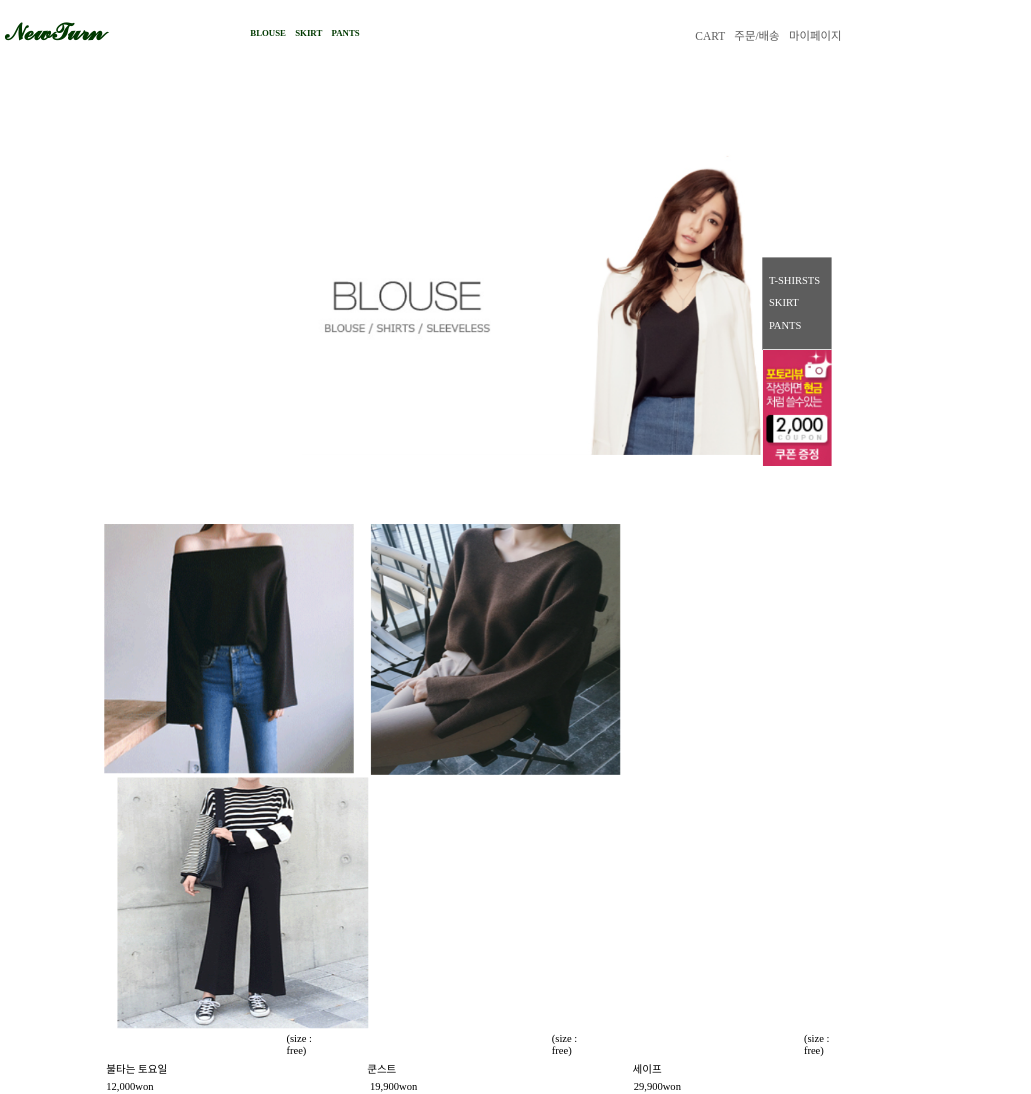
Repository: won0108/Port-Folio
Page: Creating_Homepage/Shopping/WebContent/top.html
These files come from the project's save history. The page is drawn as it stood at one moment and after the next save; the edit follows.
The browser window is 1280 px wide. The page is 1280 px wide, then 1562 px, so the pictures cover 1562 px, including what lies to the right of the window. The pictures show the whole page, at 66% of full size.

Above is the page before, as saved 2020-12-03 07:44:13.

### Creating_Homepage/Shopping/WebContent/top.html
<!DOCTYPE html>
<html>
<head>  <!--웹페이지에 대한 정보를 제공한다.-->
 <title> New Turn </title>  <!--탭에 New Turn을 나타낸다.-->
<style>

 	@font-face{
 	font-family:"My Font";
 	src: url("fontstyle/ENCOSCPT.TTF");
	}
 	h1{
   	color:#003900;
   	position:fixed;
   	top: 0px;
   	left:10px;
   	font-family:"My Font", serif;
   	font-size: 30pt;
   	}
	#infor{
	position:fixed;
	top:40px; right:0px;
	}
	#infor a{
	text-decoration:none;
	color:#5D5D5D;
	font-size:13pt;
	display: inline;
	padding :5px;
	}
	#infor a:hover{
	tex-decoration:underline;
	color: black;
	text-weight:bold;
	}
	#categ{
	position:fixed;
	top:25px; right:730px;
	}
	#categ ul li{
	display: inline;
	}
	#categ ul li a{
	text-decoration:none;
	color:#003900;
	font-size:10pt;
	font-weight:bold;
	text-transform:uppercase;
	padding :5px;
	}
	#categ ul li a:hover{
	tex-decoration:underline; color: black;
	}
	#main{
   	position:relative;
   	top: 300px; margin-left:150px;
   }
</style>
</head>
<body>
	<h1> NewTurn </h1>
	<div id="infor">
		<a href="">CART</a>
		<a href="">주문/배송</a>
		<a href="마이페이지.html">마이페이지</a>
	</div>
	<div id="categ">
		<ul>
			<li><a href="top.html">BLOUSE</a></li>
			<li><a href="skirt.html">SKIRT</a></li>
			<li><a href="pants.html">PANTS</a></li>
		</ul>
	</div>
	<img style="position:relative; top: 200px; left:450px;" src="images/티파니.PNG"><br>
	<div id="main">
			<img src="images/티셔츠1.PNG" width="380" height="380">
			<img src="images/티셔츠2.PNG" width="380" height="380" style="padding-left:20px;">
			<img src="images/티셔츠3.PNG" width="380" height="380" style="padding-left:20px;">
			<table>
				<tr>
					<td><div style="background-color:black;"></div></td>
					<td style="padding-left:270px;">(size : free)</td>
					<td><div style="background-color:#002266; margin-left:90px;"></div></td>
					<td><div style="background-color:#980000;"></div></td>
					<td style="padding-left:250px;">(size : free)</td>
					<td><div style="background-color:#998A00;margin-left:70px;"></div></td>
					<td><div style="background-color:#5F00FF;"></div></td>
					<td style="padding-left:250px;">(size : free)</td>
			    </tr>
			</table>
			<table>
			<tr>
				<td>불타는 토요일</td>
				<td style="padding-left: 300px;">쿤스트</td>
				<td style="padding-left: 355px;">세이프</td>
			</tr>
		</table>
		<table>
			<tr>
		    	<td>12,000won</td>
		    	<td style="padding-left: 325px;">19,900won</td>
		    	<td style="padding-left: 325px;">29,900won</td>
		    </tr>
		</table>
		</div>

<div style="background-color:#5D5D5D;
width:85px; height:120px; right:20px; bottom:190px;
color:white; display:block; position:fixed; padding:10px;">
<p>T-SHIRSTS</p>
<p>SKIRT</p>
<p>PANTS</p>
</div>
<div style=" display:block; position:fixed; right:20px; bottom:10px;">
<img src="쿠폰.png"></div>

</body>
</html>

After the next save:
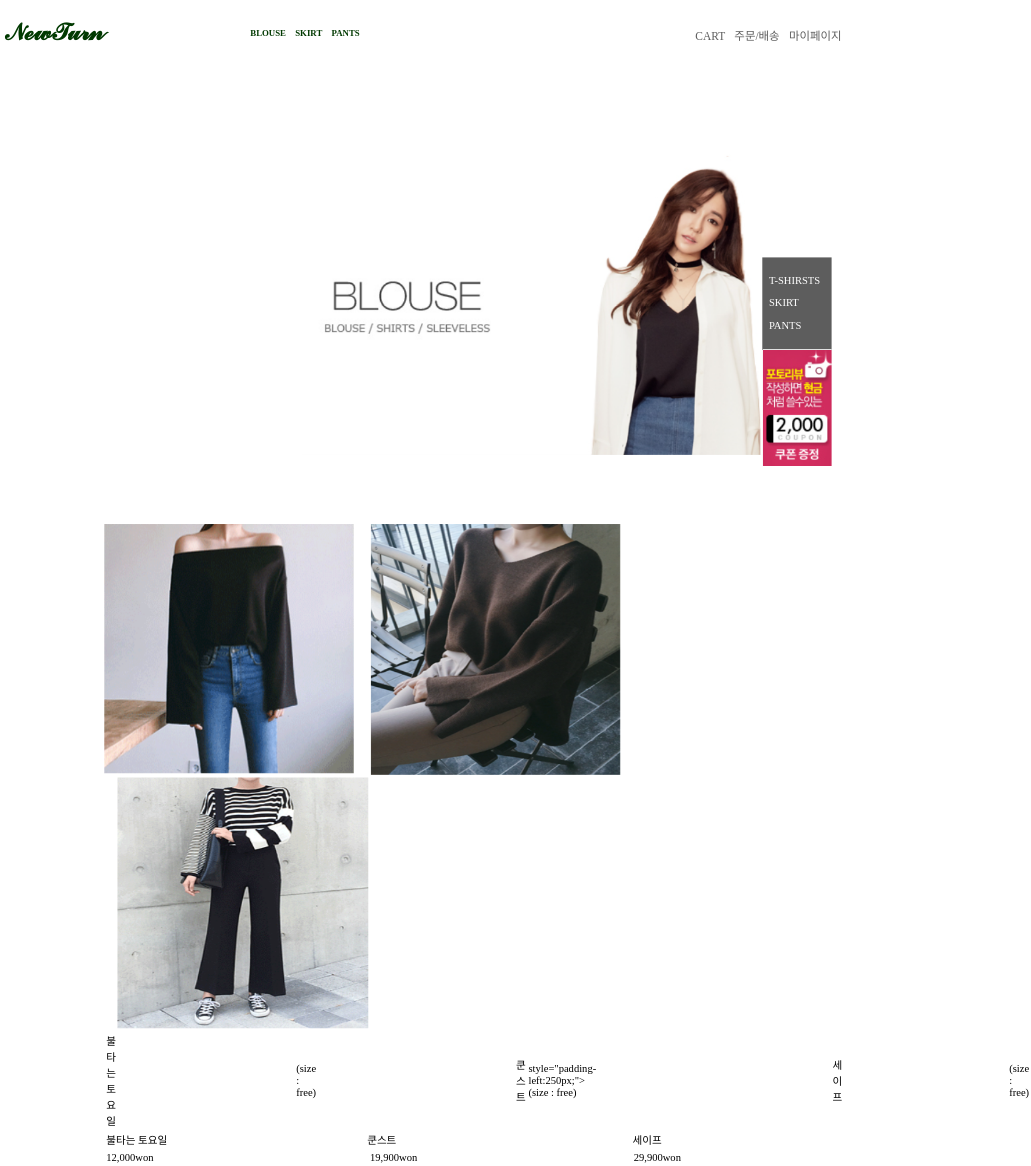
Saved 14 min 50 s later.
--- a/Creating_Homepage/Shopping/WebContent/top.html
+++ b/Creating_Homepage/Shopping/WebContent/top.html
@@ -77,14 +77,14 @@
 			<img src="images/티셔츠3.PNG" width="380" height="380" style="padding-left:20px;">
 			<table>
 				<tr>
-					<td><div style="background-color:black;"></div></td>
+					<td>불타는 토요일</td>
 					<td style="padding-left:270px;">(size : free)</td>
-					<td><div style="background-color:#002266; margin-left:90px;"></div></td>
-					<td><div style="background-color:#980000;"></div></td>
+					<td style="padding-left: 300px;">쿤스트</td>
+					<td> style="padding-left:250px;">(size : free)</td>
+					<td style="padding-left: 355px;">세이프</td>
 					<td style="padding-left:250px;">(size : free)</td>
-					<td><div style="background-color:#998A00;margin-left:70px;"></div></td>
-					<td><div style="background-color:#5F00FF;"></div></td>
-					<td style="padding-left:250px;">(size : free)</td>
+
+
 			    </tr>
 			</table>
 			<table>
